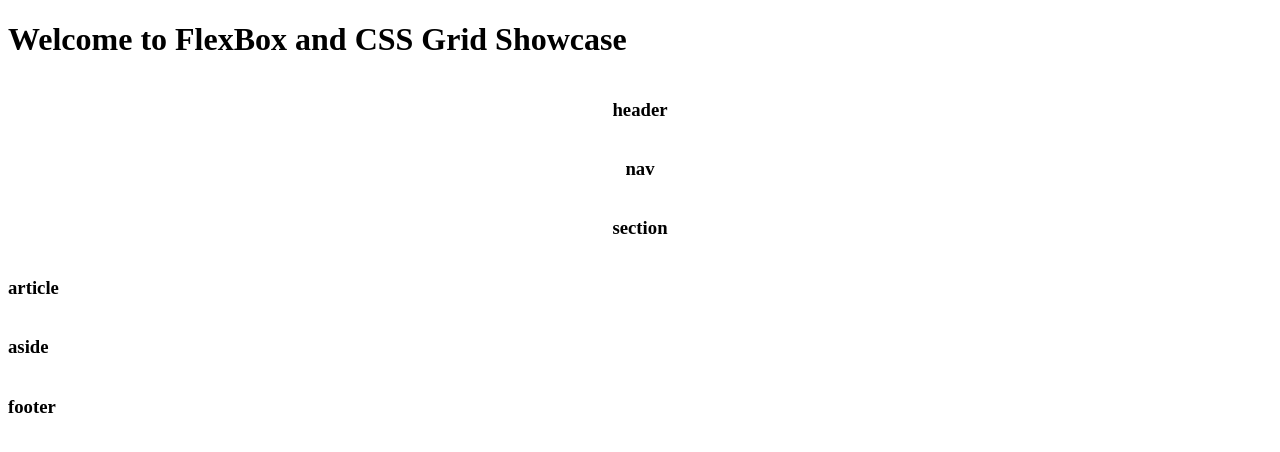
Repository: Awhit-commits/CSS_GRID_AND_FLEXBOX_LESSON
Page: index.html
The author's editor kept a copy of each file at every save. The page is drawn from the files as they stood at one save, then again after a run of saves.
The browser window is 1280 px wide. The pictures show the whole page.

Above is the page before, as saved 2020-12-21 10:03:30.

After the next 2 saves:
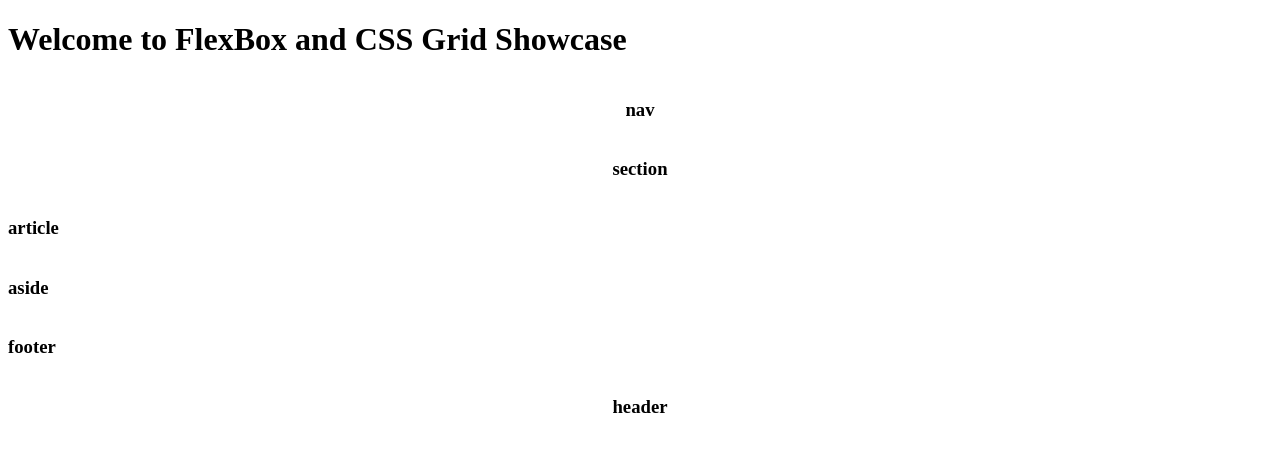
The 2 saves are shown as one change because they came seconds apart.
The last was saved 87 s later.
--- a/style.css
+++ b/style.css
@@ -5,7 +5,7 @@
 
 .header{
     text-align: center;
-    flex-grow: 3;
+   order: 1;
 }
 
 .nav{

After the save that followed:
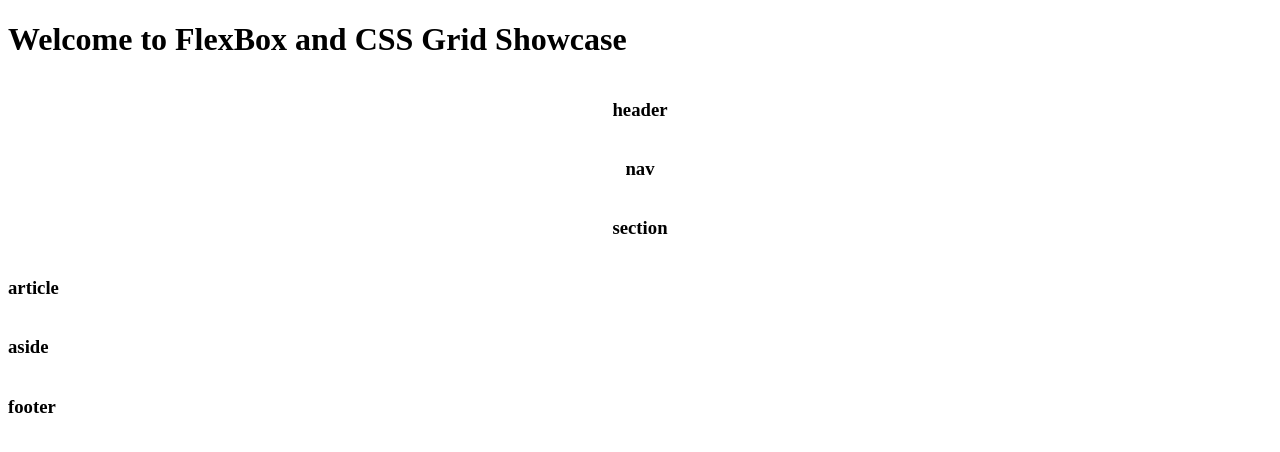
Saved 13 s later.
--- a/style.css
+++ b/style.css
@@ -5,7 +5,7 @@
 
 .header{
     text-align: center;
-   order: 1;
+    flex-grow: 3;
 }
 
 .nav{
